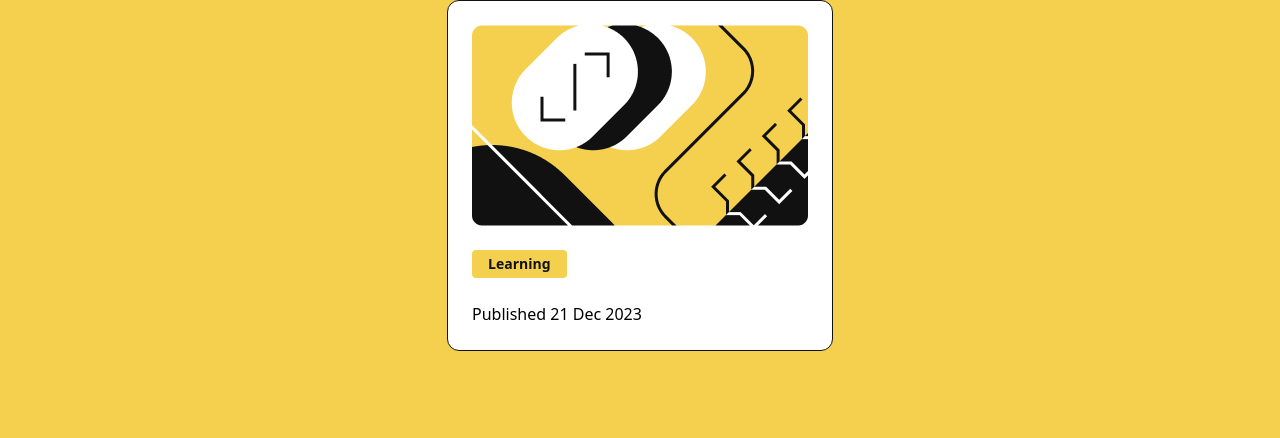
Repository: orcunelektirikci/fe-mentor-blogprev
Page: index.html
The author's editor kept a copy of each file at every save. The page is drawn from the files as they stood at one save, then again after a run of saves.
The browser window is 1280 px wide. The pictures show the whole page.
Some web libraries are served in a nearby version.

Above is the page before, as saved 2024-04-12 16:51:23.

After the next 3 saves:
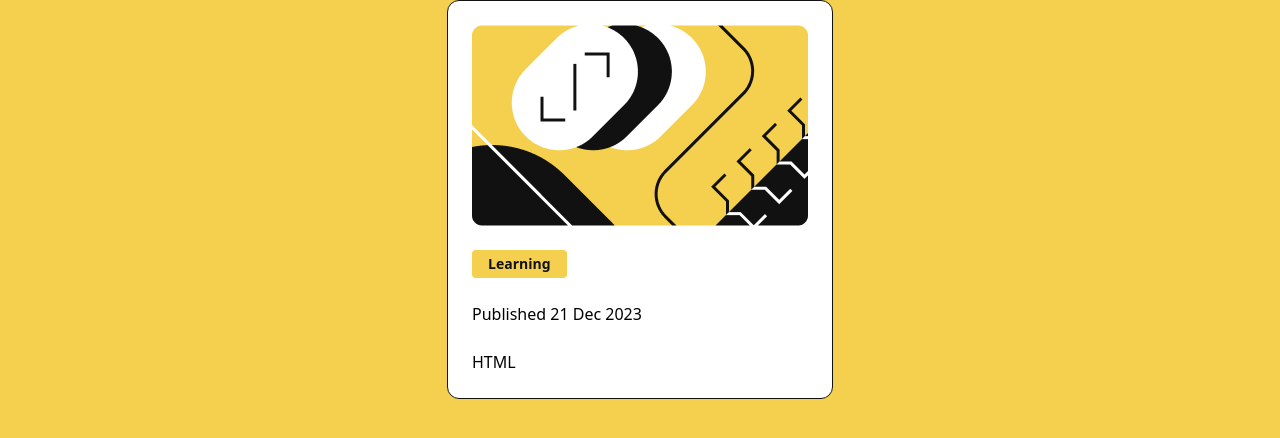
The 3 saves are shown as one change because they came seconds apart.
The last was saved 19 s later.
--- a/index.html
+++ b/index.html
@@ -14,6 +14,7 @@
         <img src="assets/img/blogimage.png" alt="">
         <button class="bg-yellow rounded font-semibold text-black text-sm py-1 px-4 max-w-min" type="button">Learning</button>
         <p class="text-md">Published 21 Dec 2023</p>
+        <h2>HTML </h2>
     </div>
 
     <script src="/assets/js/main.js"></script>
